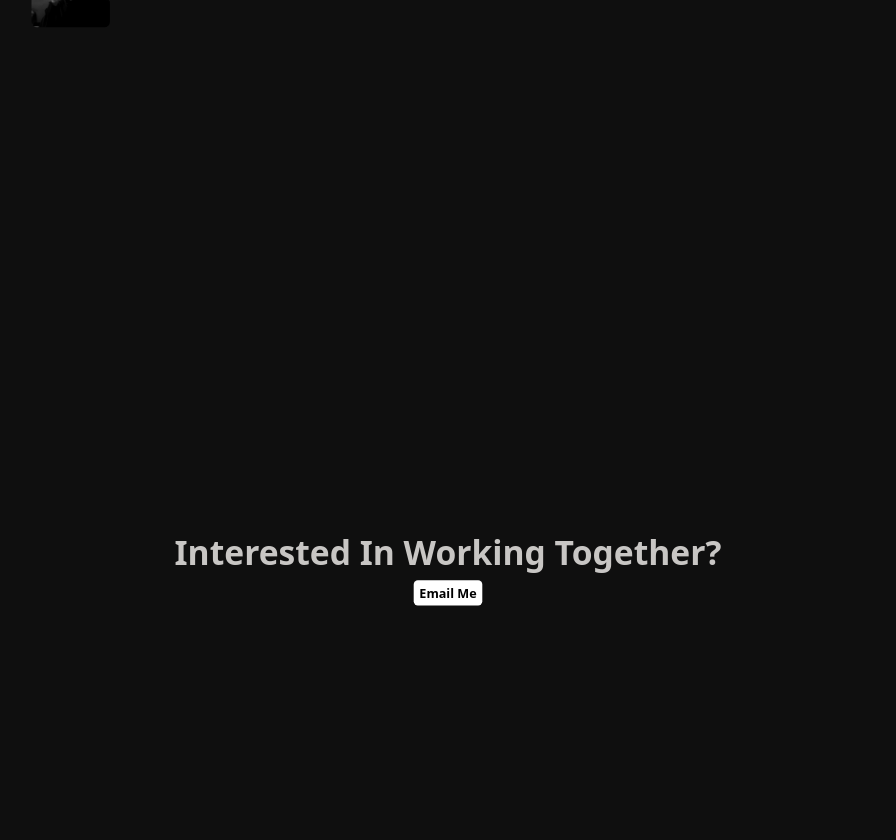
Repository: hitoutvrma/portfolio
Page: /
An editor plug-in stored every save of this project. The page is shown before and after a run of saves, followed by the edit.
The browser window is 1280 px wide. The pictures show the part of the page from y = 1010 to 2930 px (the page is 2210 px tall before and 2930 px after), at 70% of full size.
The project was rebuilt for these pictures with package versions that can differ from the ones it lists, and the page was loaded fresh each time. Also part of the build but not shown: vite.config.js.

Above is the page before, as saved 2025-03-08 20:54:43.

### src/index.css
@import "tailwindcss";
body{
    background-color: #0f0f0f;
    color: #c8c6c4;
    padding: 25px;
}

### src/App.jsx
import WorkTogether from './Components/WorkTogether'
import Front from './Components/Front'
import Work from './Components/Work'


function App() {

  return (
    <div className=''>

      <Front/>
      <Work/>
      <WorkTogether/>
    </div>
  )
}

export default App

### src/Components/WorkTogether.jsx


function WorkTogether() {
  return (
    <div className='h-screen sm:p-5 flex flex-col justify-center items-center'>
        <div className="flex items-center justify-center flex flex-col gap-4" >
      <p className="sm:text-5xl text-3xl text-center font-bold">
        Interested In Working Together?
        </p>
      <button className="px-2 py-1 text-lg font-bold  bg-white text-black hover:bg-pink-200 cursor-pointer transition-colors duration-300 rounded-md ">Email Me</button>
        </div>

    </div>
  )
}

export default WorkTogether

### src/Components/Front.jsx
import React from 'react'
import {animate, delay, hover, motion} from 'framer-motion'
import AnimatedParagraph from './AnimatedParagraph'
import AnimatedParagraphs from './AnimatedParagraph'
function Front() {
  const name = ["hitesh Verma"]
  const para1 = ["is an award-winning multidisciplinary digital web developer based in India"]
  const para2 = ["creative Director and founder at"]
  const para3 = ["bitCheat"]
  return (
    <div className='sm:h-screen md:h-screen'>
    <div className="sm:flex">
      <div className='hero sm:p-5 sm:text-[3vw] text-[8vw]  sm:w-[53vw]'>
      <logo className='text-4xl sm:text-5xl font-semibold font-[serif]'>hitoutvrma</logo>
        <p className='mt-28 leading-none text-[#8c8c8c]'>
          <span className='text-white font-semibold'><AnimatedParagraphs texts={name} delay={0}/></span>
           <AnimatedParagraph texts={para1 } delay={0.3}/></p>

        <div className='text-xl pt-4'>
          <p className='text-[#8c8c8c]'><AnimatedParagraph texts={para2} delay={0.6}/></p>
          <p className='font-semibold'><AnimatedParagraph texts={para3} delay={0.9}/></p>
          {/* <AnimatedParagraph/> */}
        </div>
        <motion.div initial={{opacity:0, scaleY:0.5}} animate={{opacity:1, scaleY:1}} transition={{duration:2, delay:1.4}} className=' flex sm:text-[2vh] sm:pb-0 pb-12 text-[1.8vh]  sm:pt-25 pt-28 flex-col sm:gap-3 gap-1'>
          <p className='text-[#8c8c8c] pb-4 text-[1.6vh]  sm:text-[2vh]'>CONNECT</p>
          <motion.div
        className="relative w-[90%]  font-bold text-white text-md cursor-pointer"
        initial="initial"
        whileHover="hover"
      >
        <p className='pb-2'>Twitter/X</p>

        {/* Static Gray Line */}
        <div className="absolute left-0 bottom-0 w-full    h-[0.1vh] bg-[#4c4c4c]"></div>

        {/* Animated Green Line */}
        <motion.div
          className="absolute left-0 bottom-0 h-[2px] bg-green-400"
          variants={{
            initial: { width: "0%" },
            hover: { width: "100%" },
            exit: {width: "0%"}
          }}
          transition={{hover: { duration: 2, ease: "easeInOut" },
          exit: { duration: 0.01 } }}
        />
      </motion.div>

      <motion.div
        className="relative w-[90%]  font-bold text-white text-md cursor-pointer"
        initial="initial"
        whileHover="hover"
      >
        <p className='pb-2'>Linkedin</p>

        {/* Static Gray Line */}
        <div className="absolute left-0 bottom-0 w-full    h-[0.1vh] bg-[#8c8c8c]"></div>

        {/* Animated Green Line */}
        <motion.div
          className="absolute left-0 bottom-0 h-[2px] bg-green-400"
          variants={{
            initial: { width: "0%" },
            hover: { width: "100%" },
            exit: {width: "0%"}
          }}
          transition={{hover: { duration: 2, ease: "easeInOut" },
          exit: { duration: 0.01 } }}
        />
      </motion.div>

      <motion.div
        className="relative w-[90%]  font-bold text-white text-md cursor-pointer"
        initial="initial"
        whileHover="hover"
      >
        <p className='pb-2'>Email</p>

        {/* Static Gray Line */}
        <div className="absolute left-0 bottom-0 w-full    h-[0.1vh] bg-[#8c8c8c]"></div>

        {/* Animated Green Line */}
        <motion.div
          className="absolute left-0 bottom-0 h-[2px] bg-green-400"
          variants={{
            initial: { width: "0%" },
            hover: { width: "100%" },
            exit: {width: "0%"}
          }}
          transition={{hover: { duration: 2, ease: "easeInOut" },
          exit: { duration: 0.01 } }}
        />
      </motion.div>

      <motion.div
        className="relative w-[90%]  font-bold text-white text-md cursor-pointer"
        initial="initial"
        whileHover="hover"
      >
        <p className='pb-2'>Instagram</p>

        {/* Static Gray Line */}
        <div className="absolute left-0 bottom-0 w-full    h-[0.1vh] bg-[#8c8c8c]"></div>

        {/* Animated Green Line */}
        <motion.div
          className="absolute left-0 bottom-0 h-[2px] bg-[#4285F4]"
          variants={{
            initial: { width: "0%" },
            hover: { width: "100%" },
            exit: {width: "0%"}
          }}
          transition={{hover: { duration: 2, ease: "easeInOut" },
          exit: { duration: 0.01 } }}
        />
      </motion.div>
        </motion.div>
        </div>

        <motion.div  // Faster hover scale effect
  initial={{ opacity: 0, scale: 0.9 }}
  animate={{ opacity: 1, scale: 1 }}
  transition={{ duration: 1.5, delay: 1.5 }} // Reduced duration so hover works smoothly
  style={{ backgroundImage: "url('/user.jpg')" }}
  className='bg-cover sm:bg-[center_top_60%] bg-[center_top_80%] w-[95%] h-[50vh] sm:w-[43vw] sm:h-[92vh] bg-[#3a3a3a] rounded-md'>
</motion.div>


      </div>
        </div>
  )
}

export default Front

### src/Components/Work.jsx
import React from 'react'
import Card from './Card'

function Work() {
  return (
    <div className='h-auto min-h-screen sm:p-5 '>
      <div className='pt-15  pb-15'><p>WORK & PROJECTS</p></div>
      <div className='grid grid-cols-1 sm:grid-cols-2 md:grid-cols-3 lg:grid-cols-4 gap-y-10 gap-x-8'>
        <Card bgImage={'/user.jpg'}
         name={"honeytype"}
         width={"sm:w-28"}
         height={"sm:h-35"}
         />

      </div>
    </div>
  )
}

export default Work

### src/Components/AnimatedParagraph.jsx
import { motion } from "framer-motion";

export default function AnimatedParagraphs({ texts, delay = 0.5 }) {
  return (
    // <div className="flex justify-center items-center h-screen bg-black text-white p-10 flex-col">
      <motion.div
        initial="hidden"
        animate="visible"
        variants={{
          hidden: {},
          visible: {
            transition: { staggerChildren: delay },
          },
        }}
      >
        {texts.map((text, i) => (
          <motion.p
            key={i}

            initial={{ opacity: 0 }} // Initially hidden
            animate={{ opacity: 1 }} // Fully visible
            transition={{ duration: 0.5, delay: delay }} // Delays each paragraph based on index
          >
            {text.split(" ").map((word, index) => (
              <motion.span
                key={index}
                className="mr-1 inline-block"
                initial={{ opacity: 0.05, x: -4 }}
                animate={{ opacity: 1, x: 0 }}
                transition={{ duration: 5, ease: "linear", delay: delay }} // Delay applied properly
              >
                {word}
              </motion.span>
            ))}
          </motion.p>
        ))}
      </motion.div>
    // </div>
  );
}

### src/Components/Card.jsx
import { motion, useInView } from "framer-motion";
import { useRef } from "react";

function Card({ width = "sm:w-[18vw]", height = "sm:h-[30vh]", name, bgImage }) {
  const ref = useRef(null);
  const isInView = useInView(ref, { once: true, margin: "-50px" });

  return (
    <div>

    <motion.div
      ref={ref}
      initial={{ y: 40, scale: 0.8, opacity: 0 }}
      animate={isInView ? { y: 0, scale: 1, opacity: 1 } : {}}
      transition={{ duration: 1, ease: "easeOut" }}
      style={{
        // height: `${height}vh`,
        // width: `${width}vw`,
        backgroundImage: `url(${bgImage})`,
        backgroundSize: "cover",
        backgroundPosition: "center"
      }}
      className={`relative card group bg-amber-300 overflow-hidden rounded-lg h-[45vh] w-[85vw] ${width} ${height}  `}
      >
      {/* Name (Hidden initially, appears on hover) */}
      <h1 className="absolute top-2 left-2 text-white text-[1.9vh] sm:opacity-0 sm:-translate-y-4 transition-all sm:duration-300 sm:group-hover:opacity-100 sm:group-hover:translate-y-0">
        {name}
      </h1>

      {/* Footer (Hidden initially, appears on hover) */}
      <footer className="absolute bottom-0 left-0 right-0 flex gap-2 p-3 sm:p-2 sm:opacity-0 sm:translate-y-4 transition-all sm:duration-300 sm:group-hover:opacity-100 sm:group-hover:translate-y-0">
        <button className="px-2 py-1 backdrop-blur-xl bg-white/30 text-white text-[1.5vh]">
          Web
        </button>
        <button className="px-2 py-1 backdrop-blur-xl bg-white/30 text-white text-[1.5vh]">
          React
        </button>
      </footer>
    </motion.div>

    </div>

  );
}

export default Card;

### src/Components/CursorImagePop.jsx
import { useState, useEffect } from "react";

const CursorImagePop = () => {
    const images = ["/1.jpg", "/r.jpg", "/3.jpg", "/4.jpg", "/5.jpg"]; // Image list
    const [imageIndex, setImageIndex] = useState(0);
    const [positions, setPositions] = useState([]);
    const minDistance = 100; // Minimum distance to trigger next image

    useEffect(() => {
        const handleMouseMove = (e) => {
            if (positions.length > 0) {
                const lastPos = positions[positions.length - 1];
                const distance = Math.sqrt((e.clientX - lastPos.x) ** 2 + (e.clientY - lastPos.y) ** 2);
                if (distance < minDistance) return;
            }

            const newImage = {
                id: Date.now(),
                src: images[imageIndex],
                x: e.clientX,
                y: e.clientY
            };

            setPositions((prev) => [...prev, newImage]);

            setImageIndex((prev) => (prev + 1) % images.length);

            setTimeout(() => {
                setPositions((prev) => prev.filter((img) => img.id !== newImage.id));
            }, 10000); // Remove after 10 sec
        };

        window.addEventListener("mousemove", handleMouseMove);
        return () => window.removeEventListener("mousemove", handleMouseMove);
    }, [imageIndex, positions]);

    return (
        <div style={{ height: "100vh", backgroundColor: "black", overflow: "hidden" }}>
            {positions.map((img) => (
                <img
                    key={img.id}
                    src={img.src}
                    alt=""
                    className="pop-image"
                    style={{
                        position: "absolute",
                        width: "260px",
                        height: "260px",
                        pointerEvents: "none",
                        transform: "translate(-50%, -50%)",
                        left: img.x,
                        top: img.y,
                        opacity: 1,
                        transition: "opacity 4s ease-out"
                    }}
                />
            ))}
        </div>
    );
};

export default CursorImagePop;

Loaded but not shown: index.html (common file); src/main.jsx (common file)

After the next 5 saves:
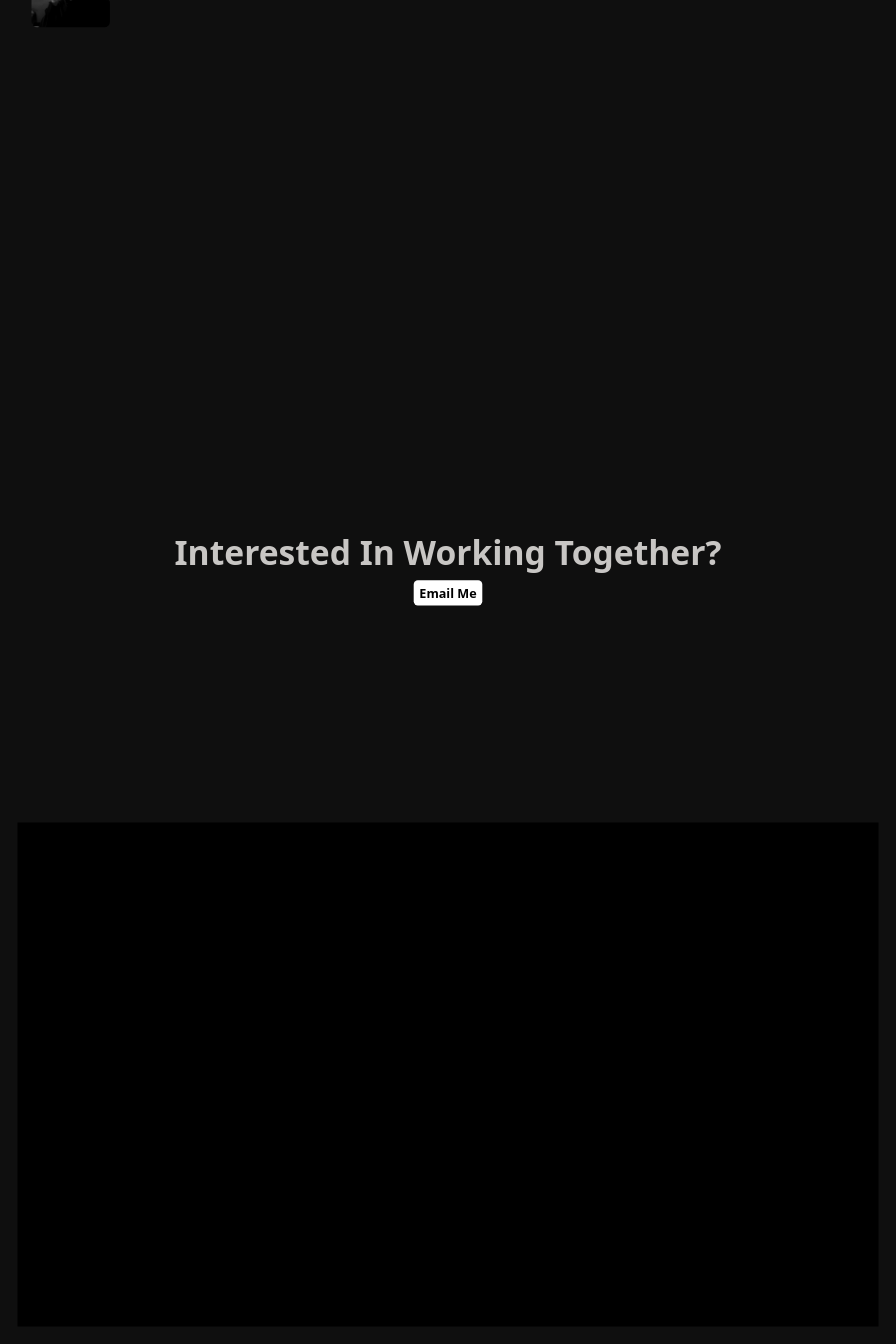
The 5 saves are shown as one change because they came seconds apart.
The last was saved 18 s later.
--- a/src/App.jsx
+++ b/src/App.jsx
@@ -1,7 +1,7 @@
 import WorkTogether from './Components/WorkTogether'
 import Front from './Components/Front'
 import Work from './Components/Work'
-
+import CursorImagePop from './Components/CursorImagePop'
 
 function App() {
 
@@ -11,6 +11,7 @@ function App() {
       <Front/>
       <Work/>
       <WorkTogether/>
+      <CursorImagePop/>
     </div>
   )
 }
